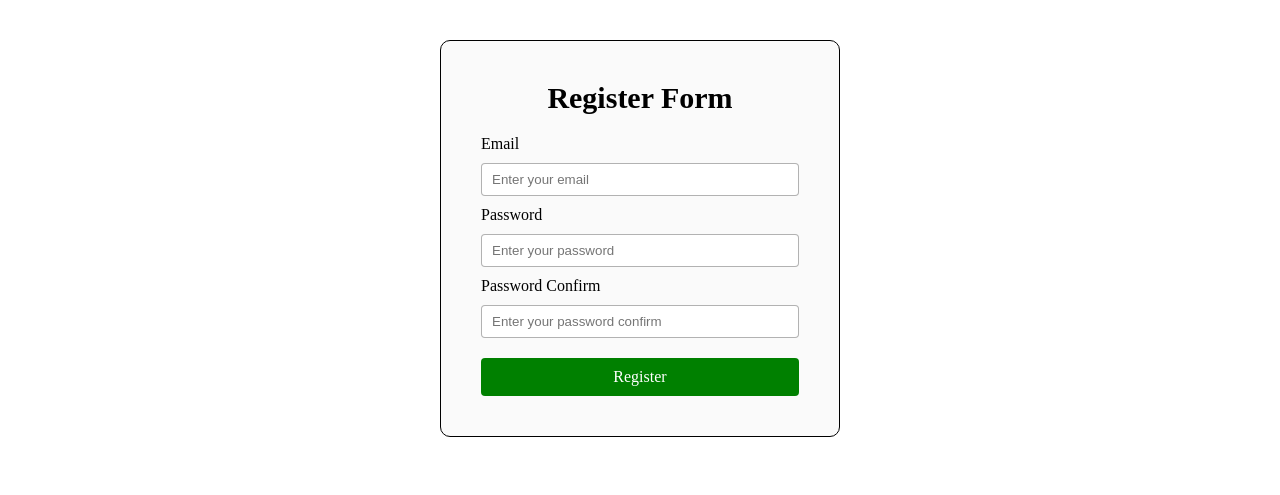
Repository: nptg3105/Register-form
Page: index.html
An editor plug-in stored every save of this project. The page is shown before and after the next save, followed by the edit.
The browser window is 1280 px wide. The pictures show the whole page.
Some web libraries are served in a nearby version.

Above is the page before, as saved 2022-01-05 22:00:09.

### index.html
<!DOCTYPE html>
<html lang="en">
  <head>
    <meta charset="UTF-8" />
    <meta http-equiv="X-UA-Compatible" content="IE=edge" />
    <meta name="viewport" content="width=device-width, initial-scale=1.0" />
    <title>Document</title>
    <link rel="stylesheet" href="style.css" />
  </head>
  <body>
    <div id="register-form"></div>

    <script
      src="https://unpkg.com/react@17/umd/react.production.min.js"
      crossorigin
    ></script>
    <script
      src="https://unpkg.com/react-dom@17/umd/react-dom.production.min.js"
      crossorigin
    ></script>
    <script src="https://unpkg.com/babel-standalone@6/babel.min.js"></script>
    <script type="text/babel" src="main.js"></script>
  </body>
</html>

### style.css
* {
  box-sizing: border-box;
  margin: 0;
  padding: 0;
}
.register {
  background-color: #fafafa;
  max-width: 400px;
  margin: 40px auto;
  padding: 40px;
  border: 1px solid #000;
  border-radius: 10px;
}
.title {
  text-align: center;
  font-weight: bold;
  font-size: 30px;
  margin-bottom: 20px;
}
#email,
#password,
#password-confirm {
  margin: 10px 0;
  width: 100%;
  padding: 8px 50px 8px 10px;
  border-radius: 4px;
  border: 1px solid rgba(0, 0, 0, 0.3);
}
.btn {
  text-decoration: none;
  background-color: #008000;
  text-align: center;
  color: white;
  width: 100%;
  display: block;
  padding: 10px 0;
  margin-top: 10px;
  border-radius: 4px;
}

### main.js
const registerForm = document.querySelector("#register-form");
const form = (
  <div className="register">
    <h2 className="title">Register Form</h2>
    <form>
      <label for="email">Email</label>
      <br />
      <input
        placeholder="Enter your email"
        type="email"
        id="email"
        name="mail"
      />
      <br />
      <label for="password">Password</label>
      <br />
      <input
        placeholder="Enter your password"
        type="password"
        id="password"
        name="pass"
      />
      <br />
      <label for="password-confirm">Password Confirm</label>
      <br />
      <input
        placeholder="Enter your password confirm"
        type="password"
        id="password-confirm"
        name="pass-confirm"
      />
    </form>
    <a href="#" className="btn">
      Register
    </a>
  </div>
);
ReactDOM.render(form, registerForm);

After the next save:
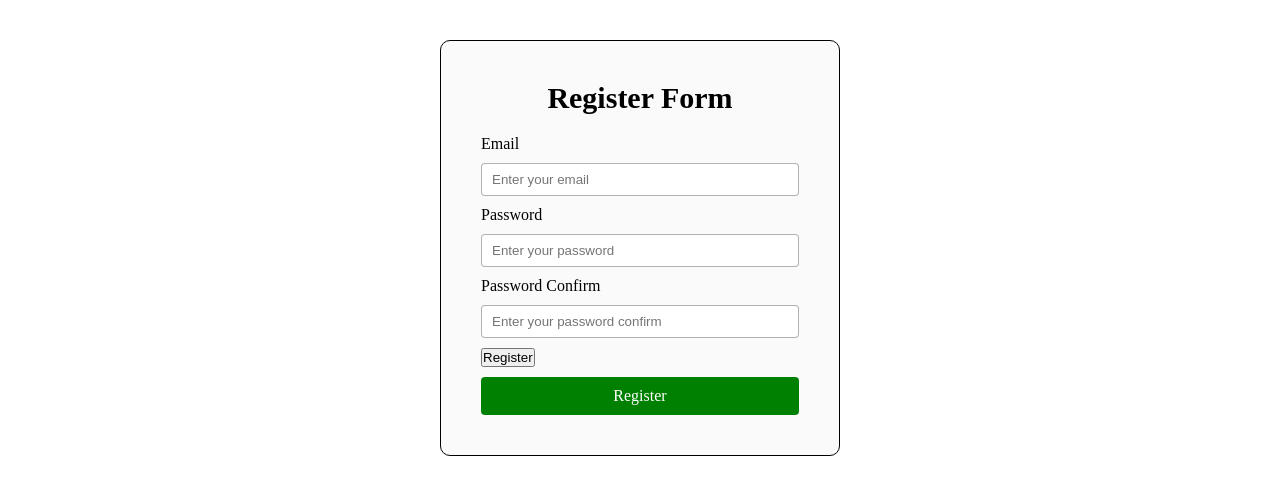
Saved 58 s later.
--- a/main.js
+++ b/main.js
@@ -29,6 +29,7 @@ const form = (
         id="password-confirm"
         name="pass-confirm"
       />
+      <input type="submit" value="Register" />
     </form>
     <a href="#" className="btn">
       Register
